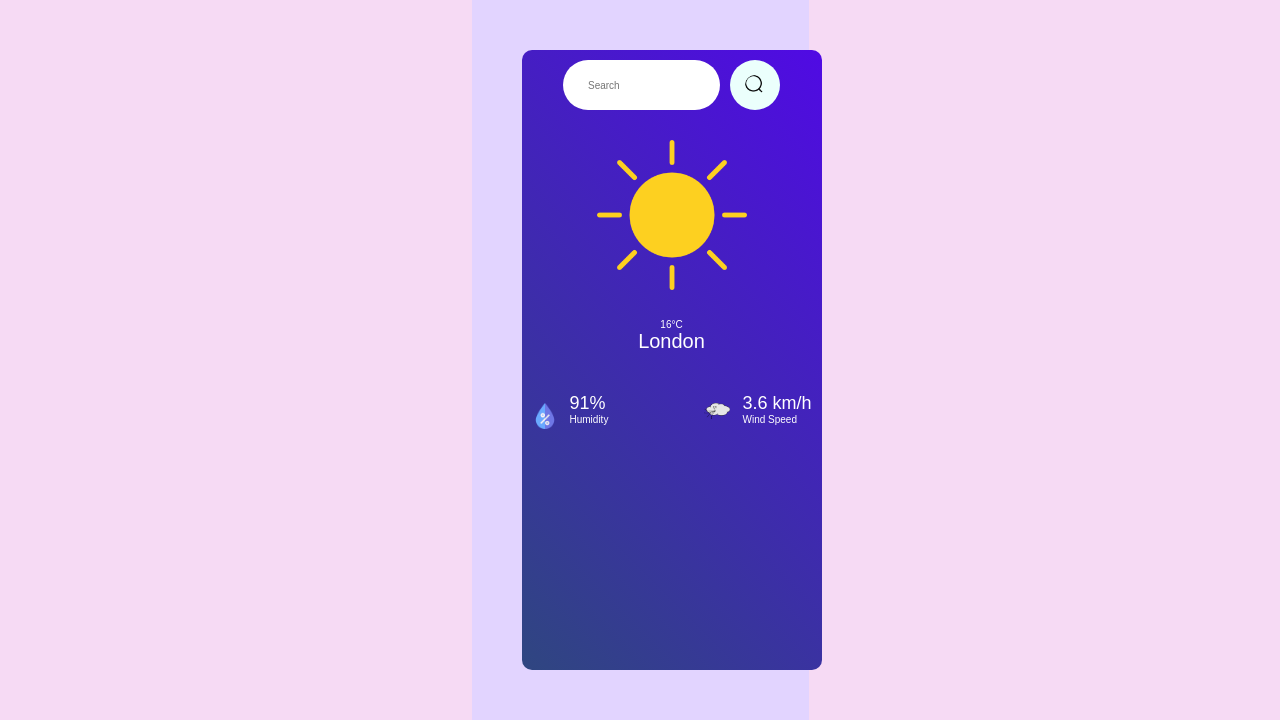
Repository: wakoya-tech/wheather-app
Page: /
An editor plug-in stored every save of this project. The page is shown before and after the next save, followed by the edit.
The browser window is 1280 px wide. The pictures show the whole page.
The project was rebuilt for these pictures with package versions that can differ from the ones it lists, and the page was loaded fresh each time. Also part of the build but not shown: vite.config.js, src/App.css.

Above is the page before, as saved 2025-10-18 21:50:49.

After the next save:
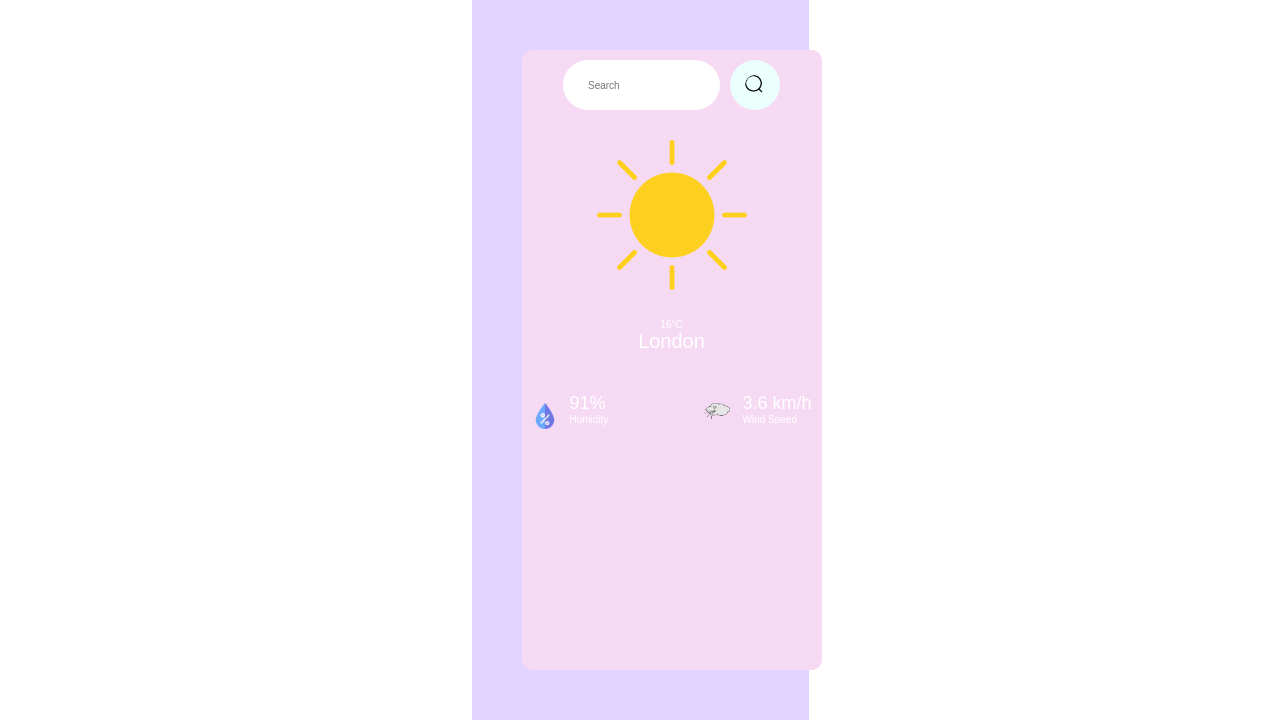
Saved 2 min 43 s later.
--- a/src/Components/Weather.css
+++ b/src/Components/Weather.css
@@ -7,7 +7,7 @@
     display: flex;
     justify-content: center;
     align-items: center;
-    background: #f6daf4;
+  ;
   }
 
   /* 🌤️ Weather container */
@@ -21,7 +21,7 @@
     display: flex;
     flex-direction: column;
     align-items: center;
-
+     background: #f6daf4
 
 
   }

After the save that followed:
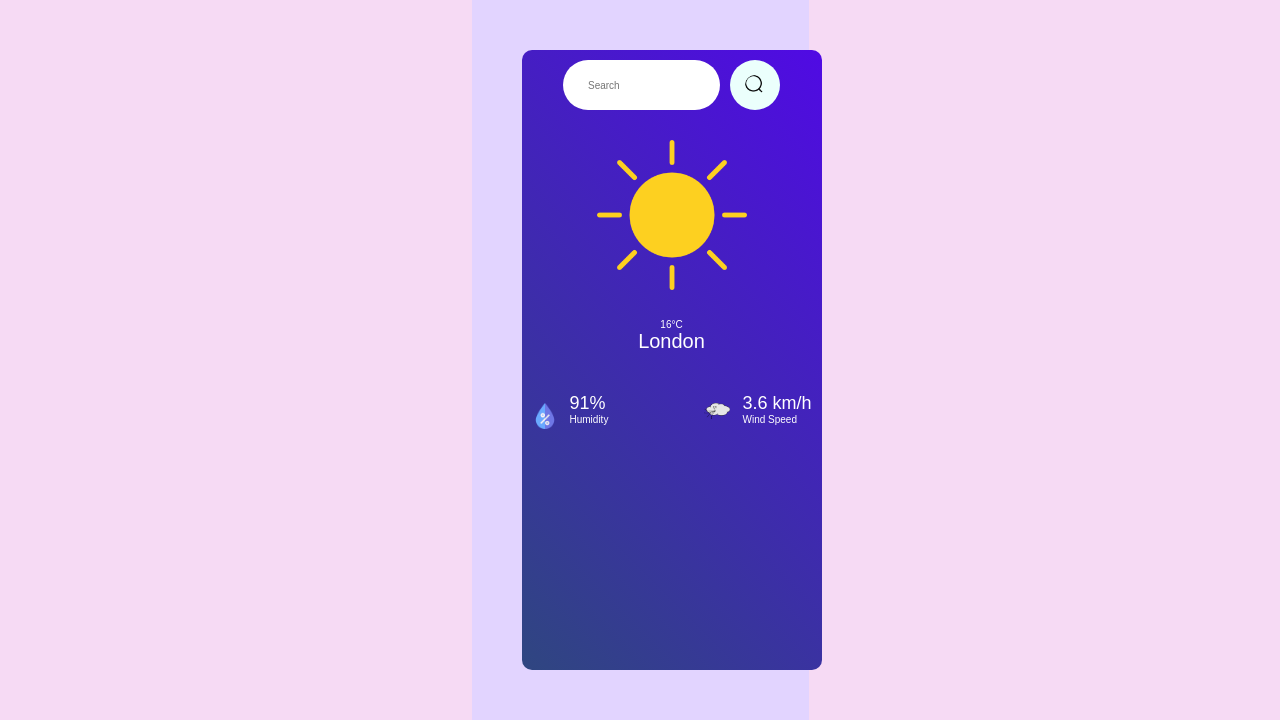
Saved 11 s later.
--- a/src/Components/Weather.css
+++ b/src/Components/Weather.css
@@ -7,7 +7,7 @@
     display: flex;
     justify-content: center;
     align-items: center;
-  ;
+    background: #f6daf4;
   }
 
   /* 🌤️ Weather container */
@@ -21,7 +21,7 @@
     display: flex;
     flex-direction: column;
     align-items: center;
-     background: #f6daf4
+
 
 
   }
